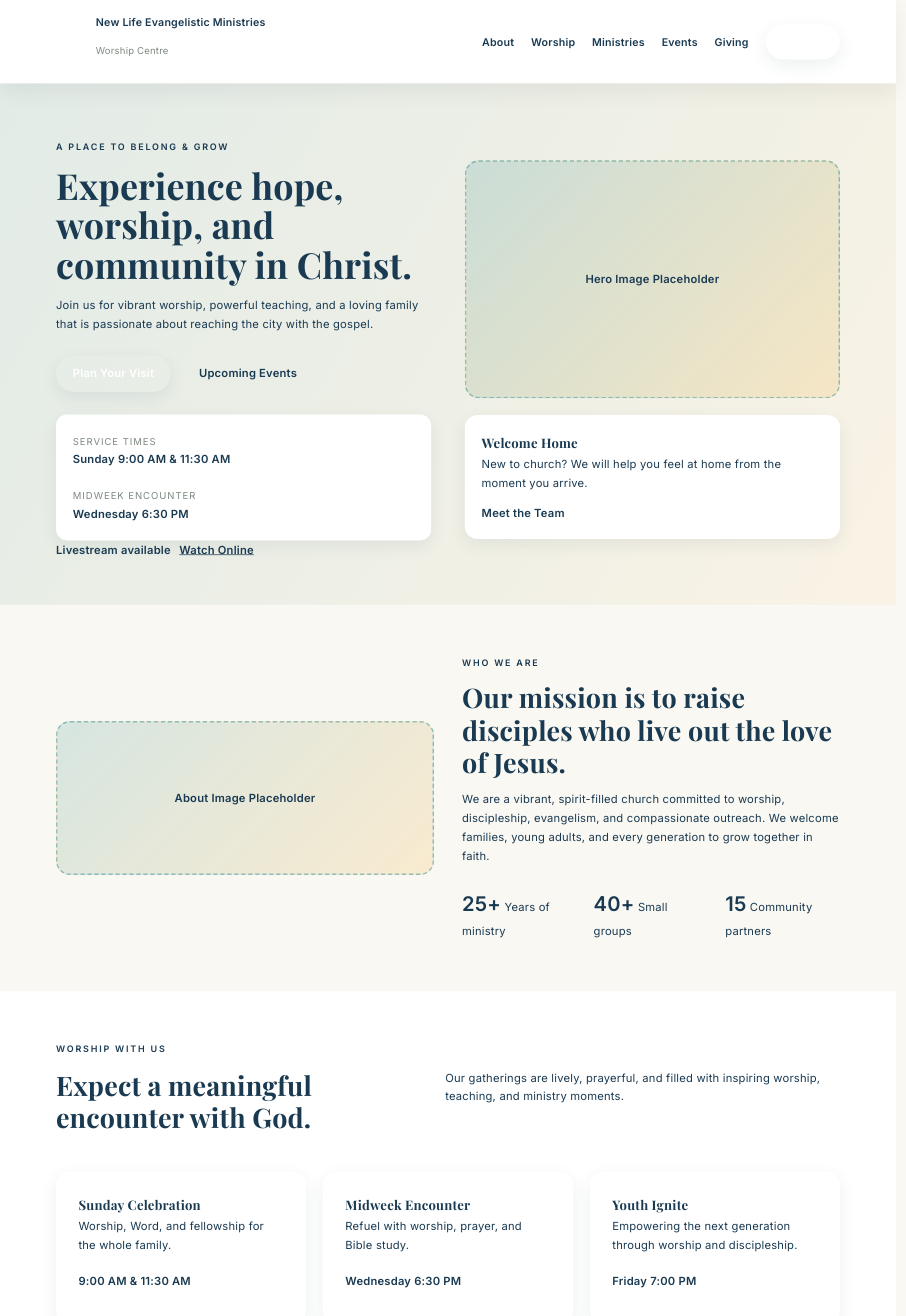
Repository: bilaal441/church
Page: index.htm
These files come from the project's save history. The page is drawn as it stood at one moment and after the next save; the edit follows.
The browser window is 1280 px wide. The page is 1294 px wide, so the pictures cover 1294 px, including what lies to the right of the window. The pictures show the part of the page from y = 0 to 1880 px (the page is 5604 px tall before and 5596 px after), at 70% of full size.

Above is the page before, as saved 2026-01-19 22:09:23.

### index.htm
<!doctype html>
<html lang="en">
  <head>
    <meta charset="UTF-8" />
    <meta name="viewport" content="width=device-width, initial-scale=1.0" />
    <title>New Life Evangelistic Ministries Worship Centre</title>
    <meta
      name="description"
      content="A welcoming, Spirit-filled church family in Springfield. Join us for worship, discipleship, and community outreach."
    />
    <link rel="stylesheet" href="style.css" />
    <link rel="preconnect" href="https://fonts.googleapis.com" />
    <link rel="preconnect" href="https://fonts.gstatic.com" crossorigin />
    <link
      href="https://fonts.googleapis.com/css2?family=Playfair+Display:wght@400;600;700&family=Inter:wght@400;500;600&display=swap"
      rel="stylesheet"
    />
  </head>
  <body>
    <a class="skip-link" href="#main">Skip to main content</a>
    <header class="site-header">
      <div class="container header-content">
        <div class="logo">
          <span class="logo-mark">NLE</span>
          <div>
            <p class="logo-title">New Life Evangelistic Ministries</p>
            <p class="logo-subtitle">Worship Centre</p>
          </div>
        </div>
        <button
          class="nav-toggle"
          aria-expanded="false"
          aria-controls="site-nav"
        >
          <span></span>
          <span></span>
          <span></span>
        </button>
        <nav id="site-nav" class="site-nav">
          <a href="#about">About</a>
          <a href="#worship">Worship</a>
          <a href="#ministries">Ministries</a>
          <a href="#events">Events</a>
          <a href="#giving">Giving</a>
          <a href="#contact" class="button">Visit Us</a>
        </nav>
      </div>
    </header>

    <main id="main">
      <section class="hero">
        <div class="container hero-grid">
          <div class="hero-text">
            <p class="eyebrow">A Place to Belong &amp; Grow</p>
            <h1>Experience hope, worship, and community in Christ.</h1>
            <p>
              Join us for vibrant worship, powerful teaching, and a loving
              family that is passionate about reaching the city with the gospel.
            </p>
            <div class="hero-actions">
              <a class="button" href="#worship">Plan Your Visit</a>
              <a class="button button-outline" href="#events"
                >Upcoming Events</a
              >
            </div>
            <div class="hero-details">
              <div>
                <span>Service Times</span>
                <strong>Sunday 9:00 AM &amp; 11:30 AM</strong>
              </div>
              <div>
                <span>Midweek Encounter</span>
                <strong>Wednesday 6:30 PM</strong>
              </div>
            </div>
            <div class="hero-note">
              <span>Livestream available</span>
              <a href="#contact">Watch Online</a>
            </div>
          </div>
          <div class="hero-visual">
            <div class="image-placeholder large">Hero Image Placeholder</div>
            <div class="hero-card">
              <h3>Welcome Home</h3>
              <p>
                New to church? We will help you feel at home from the moment you
                arrive.
              </p>
              <a href="#contact">Meet the Team</a>
            </div>
          </div>
        </div>
      </section>

      <section id="about" class="section">
        <div class="container split">
          <div class="image-placeholder">About Image Placeholder</div>
          <div>
            <p class="eyebrow">Who We Are</p>
            <h2>
              Our mission is to raise disciples who live out the love of Jesus.
            </h2>
            <p>
              We are a vibrant, spirit-filled church committed to worship,
              discipleship, evangelism, and compassionate outreach. We welcome
              families, young adults, and every generation to grow together in
              faith.
            </p>
            <div class="stats">
              <div>
                <strong>25+</strong>
                <span>Years of ministry</span>
              </div>
              <div>
                <strong>40+</strong>
                <span>Small groups</span>
              </div>
              <div>
                <strong>15</strong>
                <span>Community partners</span>
              </div>
            </div>
          </div>
        </div>
      </section>

      <section id="worship" class="section section-alt">
        <div class="container">
          <div class="section-header">
            <div>
              <p class="eyebrow">Worship With Us</p>
              <h2>Expect a meaningful encounter with God.</h2>
            </div>
            <p>
              Our gatherings are lively, prayerful, and filled with inspiring
              worship, teaching, and ministry moments.
            </p>
          </div>
          <div class="cards">
            <article class="card">
              <h3>Sunday Celebration</h3>
              <p>Worship, Word, and fellowship for the whole family.</p>
              <p class="card-meta">9:00 AM &amp; 11:30 AM</p>
            </article>
            <article class="card">
              <h3>Midweek Encounter</h3>
              <p>Refuel with worship, prayer, and Bible study.</p>
              <p class="card-meta">Wednesday 6:30 PM</p>
            </article>
            <article class="card">
              <h3>Youth Ignite</h3>
              <p>
                Empowering the next generation through worship and discipleship.
              </p>
              <p class="card-meta">Friday 7:00 PM</p>
            </article>
          </div>
          <div class="worship-highlight">
            <div>
              <h3>What to Expect</h3>
              <p>
                Friendly hosts, engaging worship, a clear message, and spaces
                for kids and youth to connect safely.
              </p>
            </div>
            <div>
              <h3>Parking &amp; Accessibility</h3>
              <p>
                Guest parking is available at the main entrance. Our building is
                fully accessible with ramps and elevators.
              </p>
            </div>
          </div>
        </div>
      </section>

      <section id="ministries" class="section">
        <div class="container">
          <div class="section-header">
            <div>
              <p class="eyebrow">Ministries</p>
              <h2>Every generation has a place to serve and grow.</h2>
            </div>
            <a class="button button-outline" href="#contact">Get Connected</a>
          </div>
          <div class="ministry-grid">
            <div class="ministry-card">
              <div class="image-placeholder">Kids Ministry</div>
              <h3>Kids Life</h3>
              <p>Fun, safe, and faith-building experiences for children.</p>
            </div>
            <div class="ministry-card">
              <div class="image-placeholder">Youth Ministry</div>
              <h3>NextGen</h3>
              <p>Mentoring and empowering teens to lead with conviction.</p>
            </div>
            <div class="ministry-card">
              <div class="image-placeholder">Women Ministry</div>
              <h3>Women of Grace</h3>
              <p>Gathering women to worship, serve, and build community.</p>
            </div>
            <div class="ministry-card">
              <div class="image-placeholder">Men Ministry</div>
              <h3>Men of Valor</h3>
              <p>Equipping men to live out their faith with courage.</p>
            </div>
            <div class="ministry-card">
              <div class="image-placeholder">Music Ministry</div>
              <h3>Creative Arts</h3>
              <p>
                Worship, media, and production teams creating meaningful
                moments.
              </p>
            </div>
            <div class="ministry-card">
              <div class="image-placeholder">Care Ministry</div>
              <h3>Care &amp; Outreach</h3>
              <p>
                Supporting families, counseling, and community care initiatives.
              </p>
            </div>
          </div>
        </div>
      </section>

      <section id="events" class="section section-alt">
        <div class="container">
          <div class="section-header">
            <div>
              <p class="eyebrow">Upcoming Events</p>
              <h2>There is always something happening at New Life.</h2>
            </div>
            <a class="button" href="#giving">Support the Mission</a>
          </div>
          <div class="event-list">
            <article>
              <span class="event-date">Mar 21</span>
              <div>
                <h3>Citywide Prayer Night</h3>
                <p>
                  Join churches across the city for a night of prayer and
                  worship.
                </p>
              </div>
              <a href="#contact">Learn More</a>
            </article>
            <article>
              <span class="event-date">Apr 05</span>
              <div>
                <h3>Community Outreach Day</h3>
                <p>Serve families with meals, clothing, and encouragement.</p>
              </div>
              <a href="#contact">Serve With Us</a>
            </article>
            <article>
              <span class="event-date">Apr 19</span>
              <div>
                <h3>Resurrection Celebration</h3>
                <p>
                  A joyful service with worship, testimonies, and family
                  activities.
                </p>
              </div>
              <a href="#contact">Plan Your Visit</a>
            </article>
          </div>
        </div>
      </section>

      <section id="giving" class="section">
        <div class="container giving">
          <div>
            <p class="eyebrow">Giving</p>
            <h2>Your generosity fuels life-changing ministry.</h2>
            <p>
              Every gift helps us reach more people with the gospel, support
              families in need, and raise leaders for the future.
            </p>
            <div class="giving-actions">
              <a class="button" href="#contact">Give Online</a>
              <a class="button button-outline" href="#contact">Volunteer</a>
            </div>
            <div class="giving-note">
              <strong>Need assistance?</strong>
              <span
                >We can help with giving, prayer requests, or support
                resources.</span
              >
            </div>
          </div>
          <div class="image-placeholder">Giving Image Placeholder</div>
        </div>
      </section>

      <section id="contact" class="section section-alt">
        <div class="container contact">
          <div>
            <p class="eyebrow">Visit Us</p>
            <h2>We would love to meet you this Sunday.</h2>
            <p>
              125 Hope Street, Springfield, ST 12345<br />
              (555) 123-4567 · hello@nlewc.org
            </p>
            <div class="contact-details">
              <div>
                <strong>Office Hours</strong>
                <span>Mon - Fri, 9 AM - 4 PM</span>
              </div>
              <div>
                <strong>Prayer Line</strong>
                <span>Available 24/7</span>
              </div>
              <div>
                <strong>Follow Us</strong>
                <span>Instagram · Facebook · YouTube</span>
              </div>
            </div>
          </div>
          <form class="contact-form">
            <h3>Plan a Visit</h3>
            <label>
              Full Name
              <input type="text" placeholder="Your name" />
            </label>
            <label>
              Email Address
              <input type="email" placeholder="you@example.com" />
            </label>
            <label>
              Message
              <textarea
                rows="4"
                placeholder="Tell us how we can help."
              ></textarea>
            </label>
            <button type="submit" class="button">Send Message</button>
          </form>
        </div>
      </section>
    </main>

    <footer class="site-footer">
      <div class="container footer-grid">
        <div>
          <div class="logo">
            <span class="logo-mark">NLE</span>
            <div>
              <p class="logo-title">New Life Evangelistic Ministries</p>
              <p class="logo-subtitle">Worship Centre</p>
            </div>
          </div>
          <p>
            Building lives, families, and communities through the love of Jesus.
          </p>
        </div>
        <div>
          <h4>Connect</h4>
          <ul>
            <li><a href="#about">About</a></li>
            <li><a href="#worship">Worship</a></li>
            <li><a href="#ministries">Ministries</a></li>
            <li><a href="#events">Events</a></li>
          </ul>
        </div>
        <div>
          <h4>Visit</h4>
          <ul>
            <li>125 Hope Street</li>
            <li>Springfield, ST 12345</li>
            <li>(555) 123-4567</li>
            <li>hello@nlewc.org</li>
          </ul>
        </div>
        <div>
          <h4>Stay Updated</h4>
          <p>Subscribe for prayer points and community updates.</p>
          <div class="subscribe">
            <input type="email" placeholder="Email address" />
            <button class="button">Subscribe</button>
          </div>
        </div>
      </div>
      <div class="footer-bottom">
        <p>
          © 2024 New Life Evangelistic Ministries Worship Centre. All rights
          reserved.
        </p>
      </div>
    </footer>

    <script src="script.js"></script>
  </body>
</html>

### style.css
:root {
  --navy: #1a3a52;
  --gold: #d4a574;
  --burgundy: #8b4513;
  --cream: #faf8f3;
  --sage: #6b8e7f;
  --muted: #7d8a7f;
  --white: #ffffff;
  --light-gold: #f5e6d3;
  --shadow: 0 8px 24px rgba(26, 58, 82, 0.08);
  --shadow-lg: 0 12px 32px rgba(26, 58, 82, 0.12);
}

* {
  box-sizing: border-box;
  margin: 0;
  padding: 0;
}

body {
  font-family: "Inter", sans-serif;
  background-color: var(--cream);
  color: var(--navy);
  line-height: 1.7;
  letter-spacing: 0.3px;
}

img {
  max-width: 100%;
  display: block;
}

a {
  color: inherit;
  text-decoration: none;
}

.skip-link {
  position: absolute;
  left: -999px;
  top: 16px;
  background: var(--navy);
  color: var(--white);
  padding: 0.6rem 1.2rem;
  border-radius: 999px;
  z-index: 50;
}

.skip-link:focus {
  left: 16px;
}

.container {
  width: min(1120px, 90%);
  margin: 0 auto;
}

.eyebrow {
  text-transform: uppercase;
  letter-spacing: 0.2em;
  font-size: 0.8rem;
  color: var(--teal);
  font-weight: 600;
  margin-bottom: 1rem;
}

h1,
h2,
h3,
h4 {
  font-family: "Playfair Display", serif;
  color: var(--navy);
}

h1 {
  font-size: clamp(2.5rem, 4vw, 3.5rem);
  line-height: 1.1;
  margin-bottom: 1rem;
}

h2 {
  font-size: clamp(2rem, 3vw, 2.8rem);
  line-height: 1.2;
  margin-bottom: 1rem;
}

p {
  margin-bottom: 1rem;
  color: var(--slate);
}

.button {
  display: inline-flex;
  align-items: center;
  justify-content: center;
  padding: 0.75rem 1.5rem;
  border-radius: 999px;
  background: var(--teal);
  color: var(--white);
  font-weight: 600;
  transition:
    transform 0.2s ease,
    box-shadow 0.2s ease;
  box-shadow: var(--shadow);
}

.button:hover {
  transform: translateY(-2px);
}

.button-outline {
  background: transparent;
  color: var(--teal);
  border: 1px solid var(--teal);
  box-shadow: none;
}

.site-header {
  background: var(--white);
  position: sticky;
  top: 0;
  z-index: 20;
  box-shadow: 0 12px 30px rgba(15, 23, 42, 0.06);
}

.header-content {
  display: flex;
  align-items: center;
  justify-content: space-between;
  padding: 1.2rem 0;
  gap: 2rem;
}

.logo {
  display: flex;
  align-items: center;
  gap: 0.8rem;
}

.logo-mark {
  width: 44px;
  height: 44px;
  border-radius: 12px;
  background: var(--teal);
  color: var(--white);
  font-weight: 700;
  display: grid;
  place-items: center;
}

.logo-title {
  font-weight: 700;
  font-size: 0.95rem;
}

.logo-subtitle {
  font-size: 0.85rem;
  color: var(--muted);
}

.site-nav {
  display: flex;
  align-items: center;
  gap: 1.5rem;
}

.site-nav a {
  font-weight: 600;
  font-size: 0.95rem;
}

.nav-toggle {
  display: none;
  flex-direction: column;
  gap: 6px;
  background: none;
  border: none;
  cursor: pointer;
}

.nav-toggle span {
  width: 24px;
  height: 2px;
  background: var(--navy);
}

.hero {
  padding: 5rem 0 4rem;
  background: linear-gradient(
    120deg,
    rgba(15, 123, 123, 0.1),
    rgba(244, 185, 66, 0.08)
  );
}

.hero-grid {
  display: grid;
  gap: 3rem;
  align-items: center;
}

.hero-actions {
  display: flex;
  flex-wrap: wrap;
  gap: 1rem;
  margin: 2rem 0;
}

.hero-details {
  display: grid;
  gap: 1.5rem;
  background: var(--white);
  padding: 1.5rem;
  border-radius: 16px;
  box-shadow: var(--shadow);
}

.hero-details span {
  font-size: 0.85rem;
  color: var(--muted);
  text-transform: uppercase;
  letter-spacing: 0.1em;
}

.hero-details strong {
  display: block;
  font-size: 1rem;
}

.hero-note {
  display: flex;
  align-items: center;
  gap: 0.75rem;
  font-weight: 600;
  color: var(--teal);
}

.hero-note a {
  color: var(--navy);
  text-decoration: underline;
}

.hero-visual {
  display: grid;
  gap: 1.5rem;
  position: relative;
}

.hero-card {
  background: var(--white);
  padding: 1.5rem;
  border-radius: 18px;
  box-shadow: var(--shadow);
}

.hero-card a {
  color: var(--teal);
  font-weight: 600;
}

.section {
  padding: 4.5rem 0;
}

.section-alt {
  background: var(--white);
}

.section-header {
  display: flex;
  align-items: center;
  justify-content: space-between;
  gap: 2rem;
  margin-bottom: 2.5rem;
}

.split {
  display: grid;
  gap: 2.5rem;
  align-items: center;
}

.stats {
  display: grid;
  grid-template-columns: repeat(auto-fit, minmax(140px, 1fr));
  gap: 1.5rem;
  margin-top: 2rem;
}

.stats strong {
  font-size: 1.8rem;
  color: var(--teal);
}

.cards {
  display: grid;
  grid-template-columns: repeat(auto-fit, minmax(240px, 1fr));
  gap: 1.5rem;
}

.card {
  background: var(--white);
  padding: 2rem;
  border-radius: 20px;
  box-shadow: var(--shadow);
}

.card-meta {
  color: var(--teal);
  font-weight: 600;
  margin-top: 1.5rem;
}

.worship-highlight {
  margin-top: 2.5rem;
  display: grid;
  grid-template-columns: repeat(auto-fit, minmax(240px, 1fr));
  gap: 1.5rem;
}

.worship-highlight div {
  background: rgba(15, 123, 123, 0.08);
  padding: 1.5rem;
  border-radius: 18px;
}

.ministry-grid {
  display: grid;
  grid-template-columns: repeat(auto-fit, minmax(220px, 1fr));
  gap: 1.5rem;
}

.ministry-card {
  background: var(--white);
  padding: 1.5rem;
  border-radius: 20px;
  box-shadow: var(--shadow);
  display: grid;
  gap: 1rem;
}

.event-list {
  display: grid;
  gap: 1.5rem;
}

.event-list article {
  display: grid;
  grid-template-columns: auto 1fr auto;
  gap: 1.5rem;
  background: var(--white);
  padding: 1.5rem 2rem;
  border-radius: 18px;
  align-items: center;
  box-shadow: var(--shadow);
}

.event-date {
  background: var(--teal);
  color: var(--white);
  padding: 0.7rem 1rem;
  border-radius: 12px;
  font-weight: 700;
}

.giving {
  display: grid;
  gap: 2.5rem;
  align-items: center;
}

.giving-actions {
  display: flex;
  gap: 1rem;
  flex-wrap: wrap;
}

.giving-note {
  margin-top: 1.5rem;
  background: rgba(15, 123, 123, 0.08);
  padding: 1rem 1.25rem;
  border-radius: 16px;
  display: grid;
  gap: 0.3rem;
}

.giving-note strong {
  color: var(--navy);
}

.contact {
  display: grid;
  gap: 2.5rem;
  align-items: start;
}

.contact-form {
  background: var(--white);
  padding: 2rem;
  border-radius: 20px;
  box-shadow: var(--shadow);
  display: grid;
  gap: 1rem;
}

.contact-form label {
  display: grid;
  gap: 0.5rem;
  font-weight: 600;
}

input,
textarea {
  padding: 0.7rem 1rem;
  border-radius: 12px;
  border: 1px solid #e5e7eb;
  font-family: inherit;
}

.site-footer {
  background: var(--navy);
  color: var(--white);
  padding: 4rem 0 1.5rem;
}

.site-footer h4 {
  color: var(--white);
  margin-bottom: 1rem;
}

.site-footer p,
.site-footer a,
.site-footer li {
  color: rgba(255, 255, 255, 0.8);
}

.footer-grid {
  display: grid;
  grid-template-columns: repeat(auto-fit, minmax(200px, 1fr));
  gap: 2rem;
}

.footer-grid ul {
  list-style: none;
  display: grid;
  gap: 0.6rem;
}

.subscribe {
  display: flex;
  gap: 0.5rem;
  margin-top: 1rem;
}

.footer-bottom {
  margin-top: 2rem;
  border-top: 1px solid rgba(255, 255, 255, 0.2);
  text-align: center;
  padding-top: 1.5rem;
  font-size: 0.85rem;
}

.image-placeholder {
  background: linear-gradient(
    135deg,
    rgba(15, 123, 123, 0.15),
    rgba(244, 185, 66, 0.2)
  );
  border: 2px dashed rgba(15, 123, 123, 0.4);
  border-radius: 20px;
  min-height: 220px;
  display: grid;
  place-items: center;
  text-align: center;
  padding: 1.5rem;
  color: var(--teal);
  font-weight: 600;
}

.image-placeholder.large {
  min-height: 340px;
}

@media (min-width: 900px) {
  .hero-grid {
    grid-template-columns: repeat(2, 1fr);
  }

  .split,
  .giving,
  .contact {
    grid-template-columns: repeat(2, 1fr);
  }
}

@media (max-width: 900px) {
  .section-header {
    flex-direction: column;
    align-items: flex-start;
  }

  .event-list article {
    grid-template-columns: 1fr;
  }
}

@media (max-width: 768px) {
  .site-nav {
    position: absolute;
    top: 100%;
    right: 0;
    background: var(--white);
    flex-direction: column;
    padding: 1.5rem;
    gap: 1rem;
    width: min(90vw, 280px);
    transform: translateY(-10px);
    opacity: 0;
    pointer-events: none;
    box-shadow: var(--shadow);
    border-radius: 16px;
  }

  .site-nav.open {
    opacity: 1;
    transform: translateY(0);
    pointer-events: auto;
  }

  .nav-toggle {
    display: flex;
  }

  .header-content {
    position: relative;
  }
}

@media (max-width: 600px) {
  .hero-details {
    padding: 1rem;
  }

  .hero-note {
    flex-direction: column;
    align-items: flex-start;
  }

  .subscribe {
    flex-direction: column;
    align-items: stretch;
  }
}

### script.js
const navToggle = document.querySelector(".nav-toggle");
const siteNav = document.querySelector(".site-nav");

if (navToggle && siteNav) {
  navToggle.addEventListener("click", () => {
    const isOpen = siteNav.classList.toggle("open");
    navToggle.setAttribute("aria-expanded", String(isOpen));
  });

  siteNav.querySelectorAll("a").forEach((link) => {
    link.addEventListener("click", () => {
      if (siteNav.classList.contains("open")) {
        siteNav.classList.remove("open");
        navToggle.setAttribute("aria-expanded", "false");
      }
    });
  });
}

After the next save:
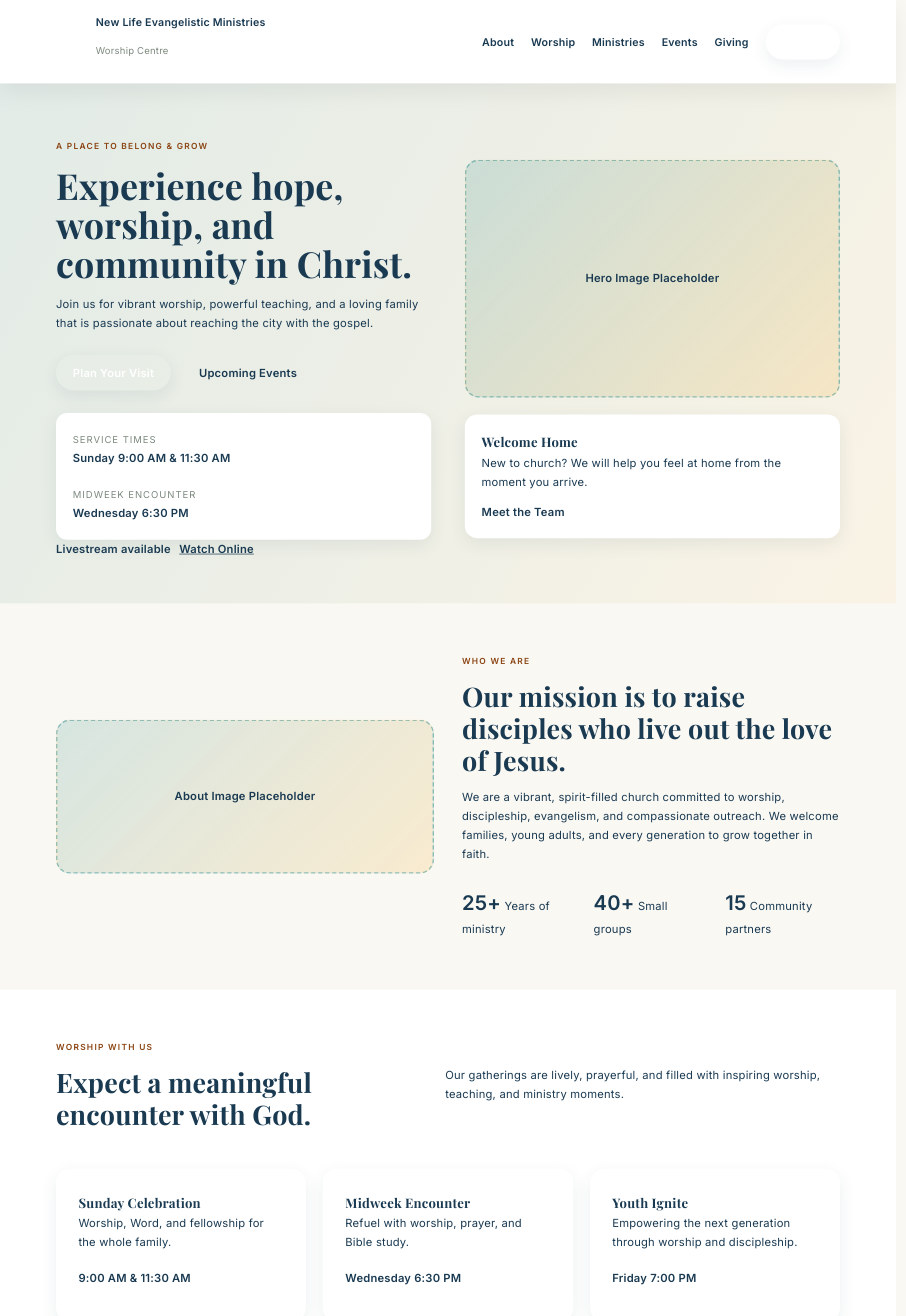
Saved 4 s later.
--- a/style.css
+++ b/style.css
@@ -57,10 +57,10 @@
 
 .eyebrow {
   text-transform: uppercase;
-  letter-spacing: 0.2em;
-  font-size: 0.8rem;
-  color: var(--teal);
-  font-weight: 600;
+  letter-spacing: 0.15em;
+  font-size: 0.75rem;
+  color: var(--burgundy);
+  font-weight: 700;
   margin-bottom: 1rem;
 }
 
